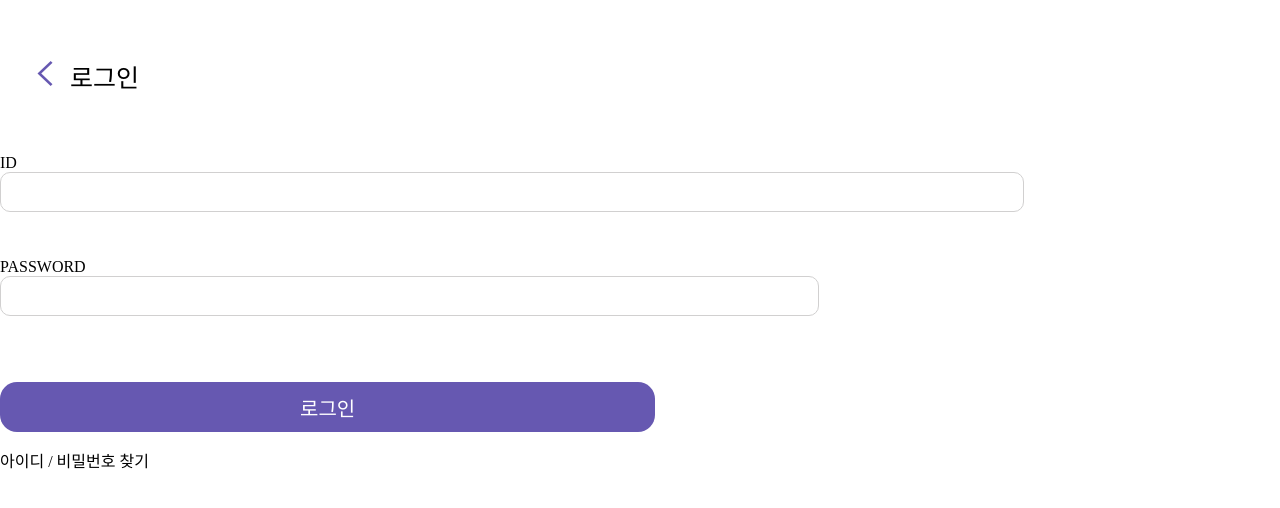
Repository: PEPI-dev/UI
Page: login/login.html
These files come from the project's save history. The page is drawn as it stood at one moment and after the next save; the edit follows.
The browser window is 1280 px wide. The pictures show the whole page.
Some web fonts or font styles are not loaded; a fallback is used.

Above is the page before, as saved 2023-12-05 15:22:14.

### login/login.html
<!DOCTYPE html>
<html lang="en">
<head>
    <meta charset="UTF-8">
    <meta name="viewport" content="width=device-width, initial-scale=1.0">
    <title>Login</title>
    <link rel="stylesheet" href="../userFrame.css">
    <link rel="stylesheet" href="../login/login.css">
    <link rel ="stylesheet" type="text/css" href="../a_XEIcon-2.2.0/xeicon.min.css">
</head>
<body>

    <header>
        <i class="xi-angle-left"></i>
        <span class="title">로그인</span>
    </header>

    <div id="container">
    <form action="#">
        <div class="input_form"><label for="ID" class="txt_input">ID</label><input class="search" id="ID" type="text"></input></p>

        <div class="input_form"><label for="password" class="txt_input">PASSWORD</label><input class="search" id="password" type="password" ></input></p>

        <button class="purple button">로그인</button>

        <p id="find_id">아이디 / 비밀번호 찾기</p>
    </form>
    </div>

</body>
</html>

### userFrame.css
/*색상*/
.purple {
    background-color: #6658B1;
}

.gold {
    background-color: #EF9E3E;
}

.yellow {
    background-color: #F6C080;
}

/*폰트 -> 이거만 사용, 이미 적용시켜놨어용*/
@font-face {
    font-family: 'Pretendard-Regular';
    src: url('https://cdn.jsdelivr.net/gh/Project-Noonnu/noonfonts_2107@1.1/Pretendard-Regular.woff') format('woff');
    font-weight: 400;
    font-style: normal;
}

* {
    font-family: 'Pretendard-Regular';
}
/*기본 설정*/
html {
    font-size: 16px;
    box-sizing: border-box;
}

body, header{
    width: 100%;
    font-size: 1rem;
    margin: 0;
    padding: 0;
    box-sizing: border-box;
}

/*뒤로가기 버튼*/

header {
    padding: 30px;
    padding-top: 50px;
    display: flex;
    font-size: 30px;
    font-weight: 500;
    margin-top: 8px;
}

.xi-angle-left {
    color: #6658B1;
    font-size: 30px;
}

.title{
    font-size: 25px;
    margin-left: 10px;
}



.container{
    width: 80%;
    margin: auto;
    padding: 0;
    box-sizing: border-box;
}
/*검색창, 입력창*/
.search {
    border: 1px solid #d1d0d0;
    border-radius: 10px;
    width: 100%;
    height: 40px;
    padding: 5px 20px;
    box-sizing: border-box;
}


.button {
    color: white;
    font-size: 20px;
    font-weight: 500;
    border-radius: 17px;
    border: 0px;
    width: 100%;
    height: 50px;
    margin-top: 50px;
}

footer {
    height: 60px;
}

### login/login.css
.button{
    width: 80%;
}

.input_form{
    padding-top: 30px;
    width: 80%;
}

Loaded but not shown: a_XEIcon-2.2.0/xeicon.min.css (library)

After the next save:
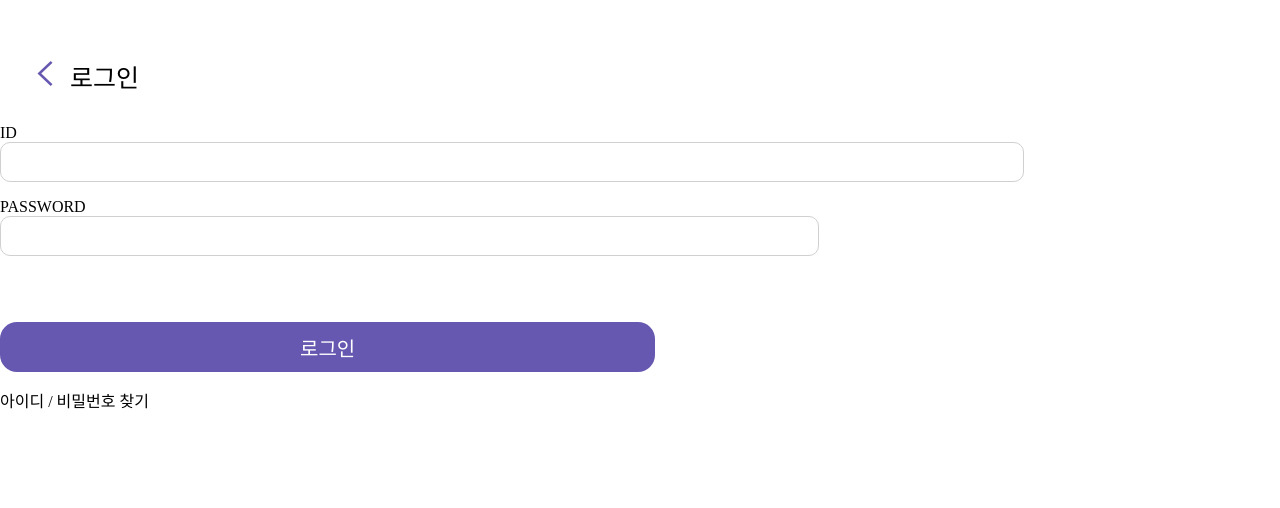
Saved 11 s later.
--- a/login/login.css
+++ b/login/login.css
@@ -3,6 +3,6 @@
 }
 
 .input_form{
-    padding-top: 30px;
+
     width: 80%;
 }

After the save that followed:
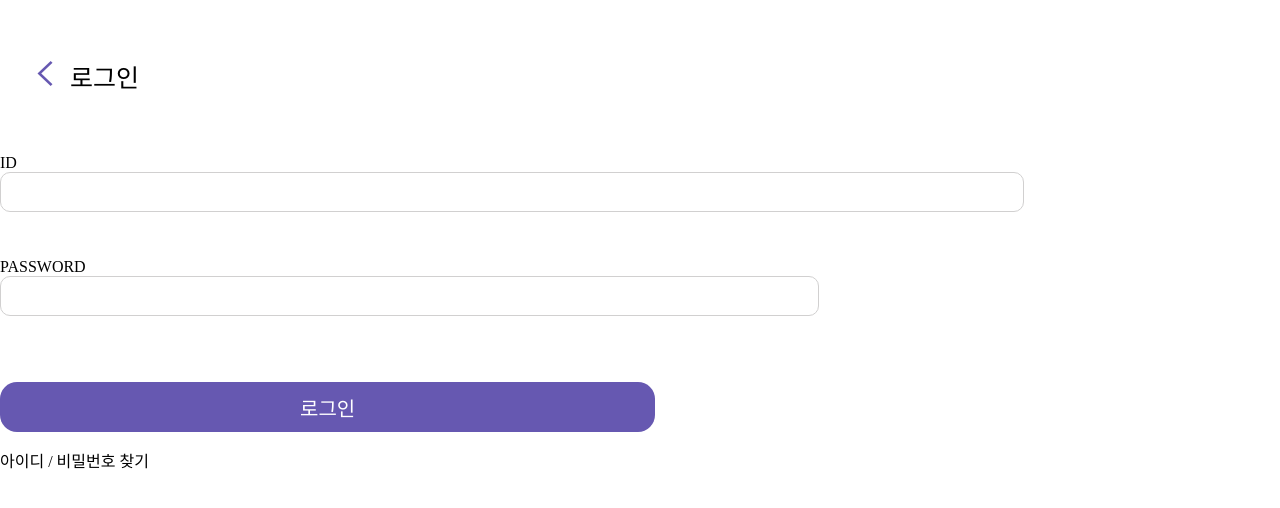
Saved 4 s later.
--- a/login/login.css
+++ b/login/login.css
@@ -3,6 +3,6 @@
 }
 
 .input_form{
-
+    padding-top: 30px;
     width: 80%;
 }
